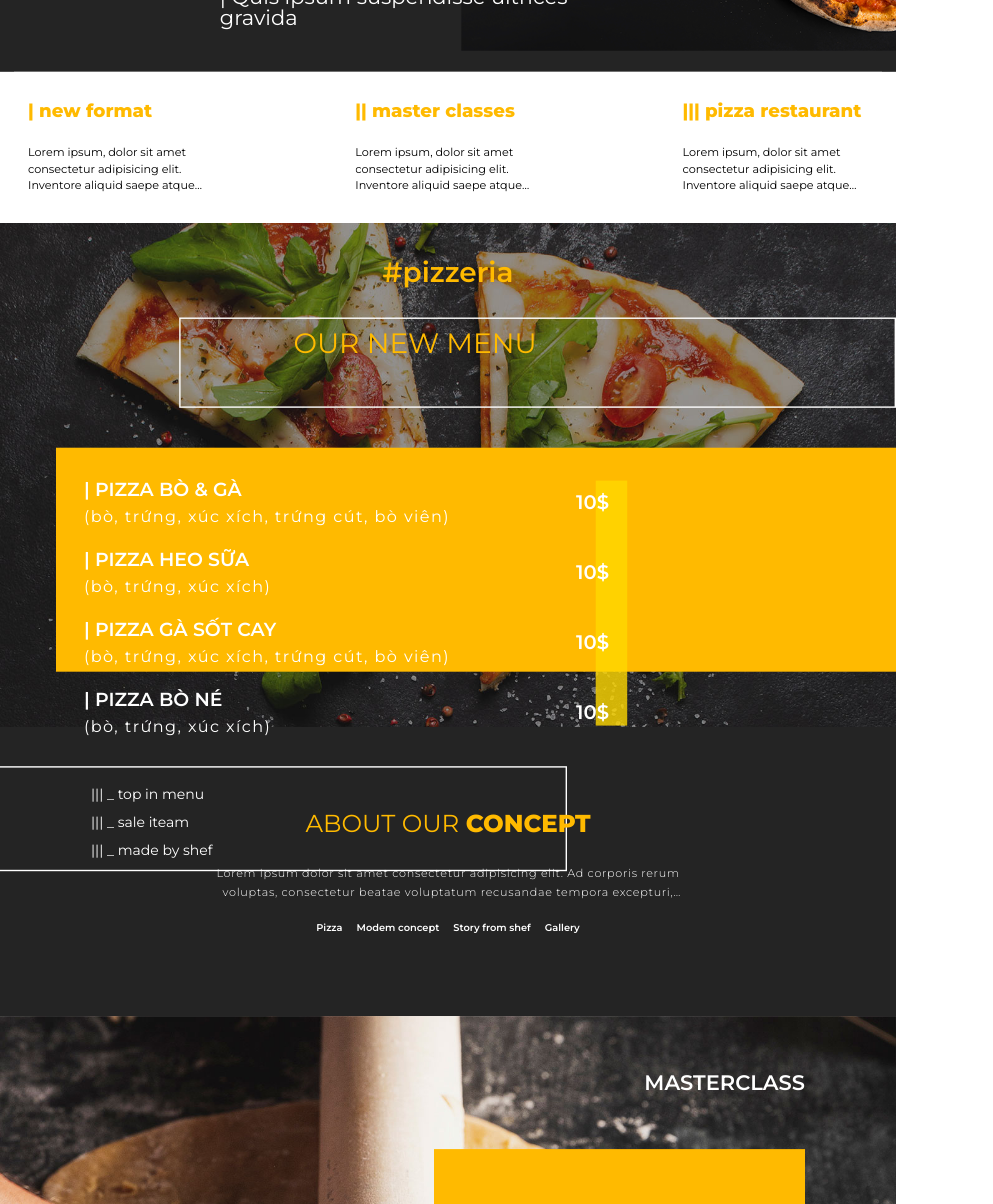
Repository: phu1204/pizzeria.github.io
Page: index.html
An editor plug-in stored every save of this project. The page is shown before and after the next save, followed by the edit.
The browser window is 1280 px wide. The page is 1419 px wide, so the pictures cover 1419 px, including what lies to the right of the window. The pictures show the part of the page from y = 1122 to 2842 px (the page is 4798 px tall), at 70% of full size.
The style sheet was rebuilt from its Sass, Less or Tailwind sources for each picture, by a compiler version that may differ from the author's.

Above is the page before, as saved 2021-07-29 21:58:26.

After the next save:
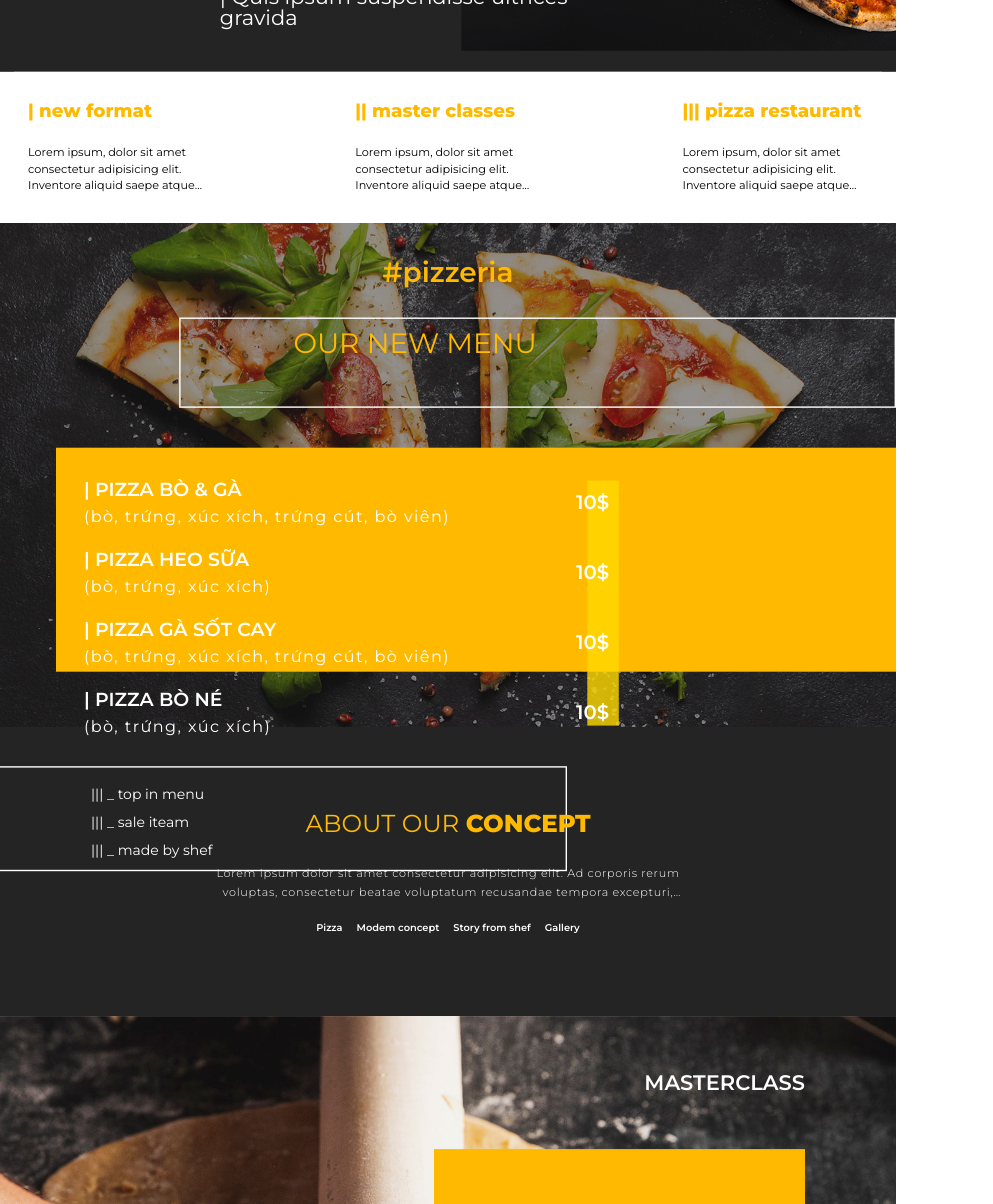
Saved 13 s later.
--- a/scss/_menu.scss
+++ b/scss/_menu.scss
@@ -61,7 +61,7 @@
         background-color: rgba(255, 217, 0, 0.801);
 
         top: 20%;
-        right:  32%;
+        right:  33%;
         z-index: -1;
     }
 
